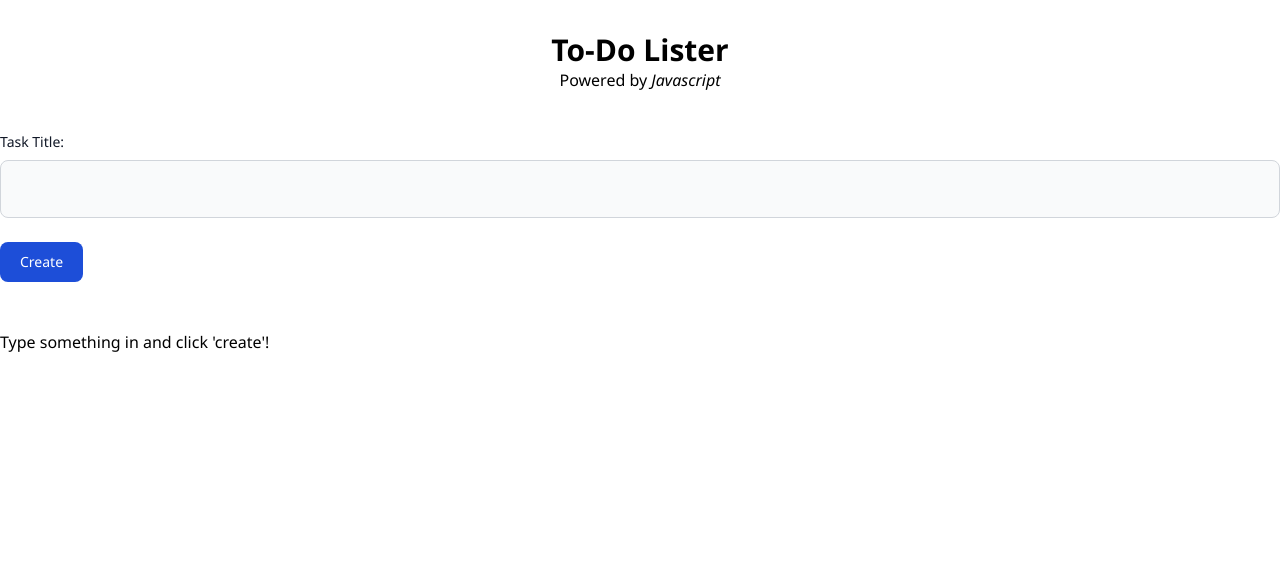
Repository: vxyux/to-do-lister
Page: index.html
The author's editor kept a copy of each file at every save. The page is drawn from the files as they stood at one save, then again after a run of saves.
The browser window is 1280 px wide. The pictures show the whole page.
Some web libraries are served in a nearby version.

Above is the page before, as saved 2023-09-04 15:21:53.

After the next 2 saves:
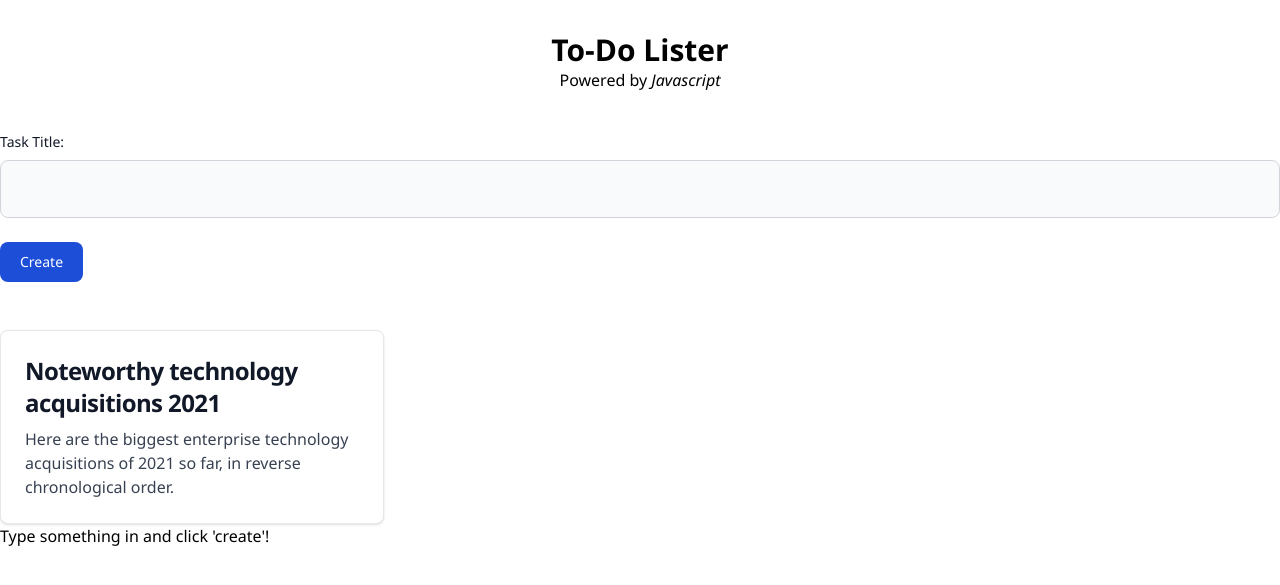
The 2 saves are shown as one change because they came seconds apart.
The last was saved 25 s later.
--- a/index.html
+++ b/index.html
@@ -34,7 +34,12 @@
     </div>
 
     <ul class="mt-10" id="to-dos">
-      <li class="task_item">Type something in and click 'create'!</li>
+      <li class="task_item">
+        <a href="#" class="block max-w-sm p-6 bg-white border border-gray-200 rounded-lg shadow hover:bg-gray-100 dark:bg-gray-800 dark:border-gray-700 dark:hover:bg-gray-700">
+    <h5 class="mb-2 text-2xl font-bold tracking-tight text-gray-900 dark:text-white">Noteworthy technology acquisitions 2021</h5>
+    <p class="font-normal text-gray-700 dark:text-gray-400">Here are the biggest enterprise technology acquisitions of 2021 so far, in reverse chronological order.</p>
+</a>
+Type something in and click 'create'!</li>
     </ul>
 
   </div>
